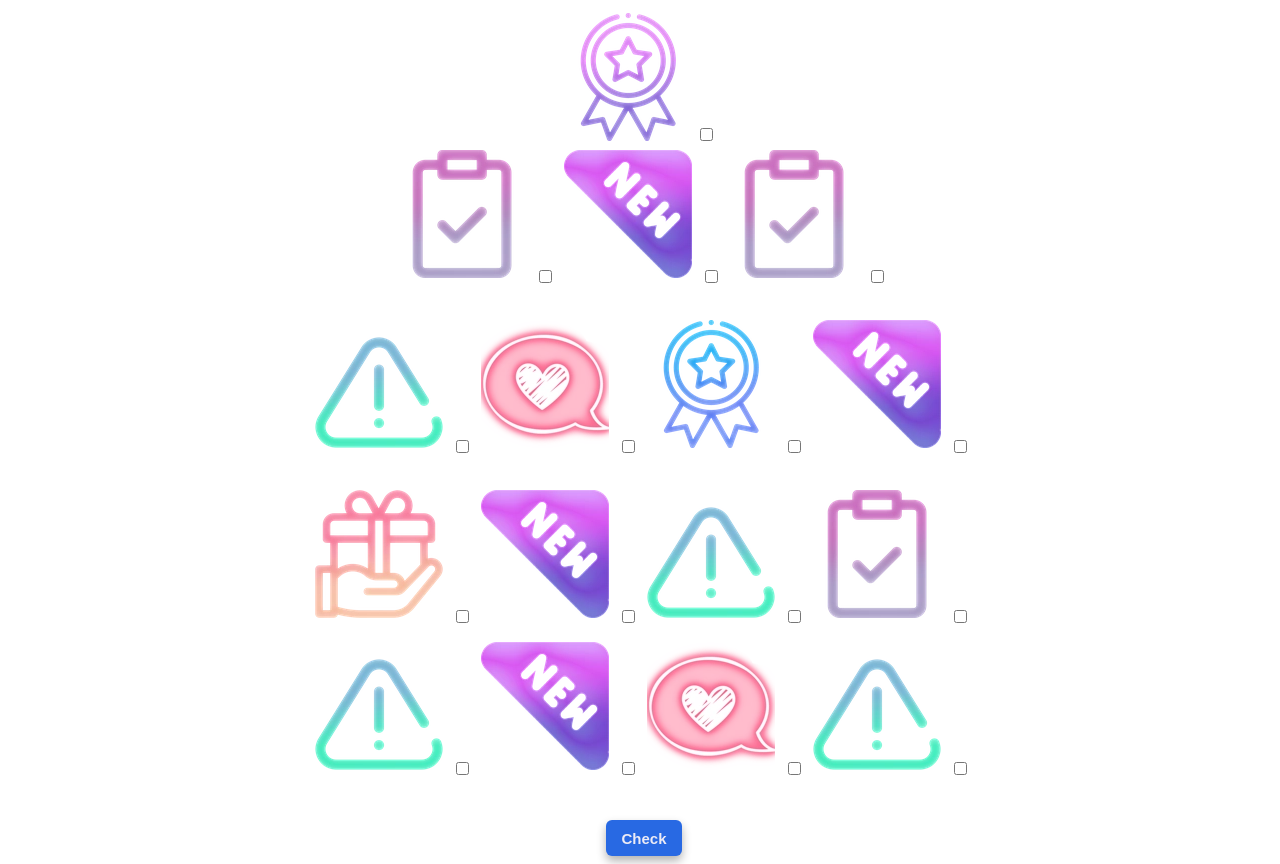
Repository: vichubenzene/-MWin_ui
Page: main.html
The author's editor kept a copy of each file at every save. The page is drawn from the files as they stood at one save, then again after the next save.
The browser window is 1280 px wide. The pictures show the whole page.

Above is the page before, as saved 2022-10-10 17:34:00.

### main.html
<!DOCTYPE html>
<html>

<head>
    <style>
        .column {
            float: center;
            padding: 5px;
        }
        /* Clear floats after image containers */

        .row::after {
            content: "";
            float: center;
            clear: both;
            display: table;
        }

        .server-button {
            background-color: rgb(40, 105, 227);
            color: rgb(236, 235, 246);
            border: none;
            height: 36px;
            margin-left: 8px;
            border-radius: 6px;
            font-weight: bold;
            font-size: 15px;
            cursor: pointer;
            padding-left: 15px;
            padding-right: 15px;
            text-align: center;
            box-shadow: 0px 5px 10px rgba(0, 0, 0, 0.3)
        }

        .server-button:hover {
            box-shadow: 0px 10px 15px rgba(0, 0, 0, 0.35)
        }
    </style>
</head>

<body>
    <div class="row" style=" text-align: center">
        <div class="column" style=" text-align: center">
            <div>
                <img src="images/834538140450160661.png" id="i1" alt="Snow" onclick="image('myCheckbox1')">
                <input type="checkbox" id="myCheckbox1" />
            </div>
            <img src="images/834541394987057242.png" id="i2" alt="Snow" onclick="image('myCheckbox2')" style="padding: 5px">
            <input type="checkbox" id="myCheckbox2" />
            <img src="images/834535415628562442 (1).png" id="i3" alt="Snow" onclick="image('myCheckbox3')" style=" padding: 5px">
            <input type="checkbox" id="myCheckbox3" />
            <img src="images/834541394987057242.png" id="i10" alt="Snow" onclick="image('myCheckbox10')" style="padding: 5px">
            <input type="checkbox" id="myCheckbox10" />
        </div>
    </div>
    <br>
    <div class="row" style=" text-align: center">
        <div class="column" style=" text-align: center">
            <img src="images/834541395074613248.png" id="i4" alt="Snow" onclick="image('myCheckbox4')" onclick="image('c5')" style="padding: 5px">
            <input type="checkbox" id="myCheckbox4" />
            <img src="images/881778101003120652 (1).png" id="i5" alt="Snow" onclick="image('myCheckbox5')" style="padding: 5px">
            <input type="checkbox" id="myCheckbox5" />
            <img src="images/834541395930251336.png" id="i6" alt="Snow" onclick="image('myCheckbox6')" style="padding: 5px">
            <input type="checkbox" id="myCheckbox6" />
            <img src="images/834535415628562442 (1).png" id="i11" alt="Snow" onclick="image('myCheckbox11')" style="padding: 5px">
            <input type="checkbox" id="myCheckbox11" />

        </div>
    </div>
    <br>
    <div class="row" style=" text-align: center">
        <div class="column" style=" text-align: center">
            <img src="images/834541395749371916.png" id="i7" alt="Snow" onclick="image('myCheckbox7')" style="padding: 5px">
            <input type="checkbox" id="myCheckbox7" />
            <img src="images/834535415628562442 (1).png" id="i8" alt="Snow" onclick="image('myCheckbox8')" style="padding: 5px">
            <input type="checkbox" id="myCheckbox8" />
            <img src="images/834541395074613248.png" id="i9" alt="Snow" onclick="image('myCheckbox9')" style="padding: 5px">
            <input type="checkbox" id="myCheckbox9" />
            <img src="images/834541394987057242.png" id="i12" alt="Snow" onclick="image('myCheckbox12')" style="padding: 5px">
            <input type="checkbox" id="myCheckbox12" />
        </div>
    </div>
    <div class="row" style=" text-align: center">
        <div class="column" style=" text-align: center">
            <img src="images/834541395074613248.png" id="i13" alt="Snow" onclick="image('myCheckbox13')" style="padding: 5px">
            <input type="checkbox" id="myCheckbox13" />
            <img src="images/834535415628562442 (1).png" id="i14" alt="Snow" onclick="image('myCheckbox14')" style="padding: 5px">
            <input type="checkbox" id="myCheckbox14" />
            <img src="images/881778101003120652 (1).png" id="i15" alt="Snow" onclick="image('myCheckbox15')" style="padding: 5px">
            <input type="checkbox" id="myCheckbox15" />
            <img src="images/834541395074613248.png" id="i16" alt="Snow" onclick="image('myCheckbox16')" style="padding: 5px">
            <input type="checkbox" id="myCheckbox16" />
        </div>
    </div>
    <br>
    <br>
    <div style="text-align: center;">
        <button onclick="check()" class="server-button">Check</button>

    </div>
    <script>
        async function image(val) {
            var c1 = document.getElementById(val);
            c1.checked = true
        }
        async function check() {
            var i1 = document.getElementById('i1');
            var i2 = document.getElementById('i2');
            var i3 = document.getElementById('i3');
            var i4 = document.getElementById('i4');
            var i5 = document.getElementById('i5');
            var i6 = document.getElementById('i6');
            var i7 = document.getElementById('i7');
            var i8 = document.getElementById('i8');
            var i9 = document.getElementById('i9');
            var i10 = document.getElementById('i10');
            var i11 = document.getElementById('i11');
            var i12 = document.getElementById('i12');
            var i13 = document.getElementById('i13');
            var i14 = document.getElementById('i14');
            var i15 = document.getElementById('i15');
            var i16 = document.getElementById('i16');
            var c1 = document.getElementById('myCheckbox1');
            var c2 = document.getElementById('myCheckbox2');
            var c3 = document.getElementById('myCheckbox3');
            var c4 = document.getElementById('myCheckbox4');
            var c5 = document.getElementById('myCheckbox5');
            var c6 = document.getElementById('myCheckbox6');
            var c7 = document.getElementById('myCheckbox7');
            var c8 = document.getElementById('myCheckbox8');
            var c9 = document.getElementById('myCheckbox9');
            var c10 = document.getElementById('myCheckbox10');
            var c11 = document.getElementById('myCheckbox11');
            var c12 = document.getElementById('myCheckbox12');
            var c13 = document.getElementById('myCheckbox13');
            var c14 = document.getElementById('myCheckbox14');
            var c15 = document.getElementById('myCheckbox15');
            var c16 = document.getElementById('myCheckbox16');
            const items = ["images/881778101003120652 (1).png", "images/834535415628562442 (1).png", "images/834538140450160661.png", "images/834541394987057242.png", "images/834541395074613248.png", "images/834541395749371916.png", "images/834541395930251336.png"];
            if (c1.checked) {
                i1.src = items[Math.floor(Math.random() * items.length)];
                c1.checked = false
            }
            if (c2.checked) {
                i2.src = items[Math.floor(Math.random() * items.length)];
                c2.checked = false
            }
            if (c3.checked) {
                i3.src = items[Math.floor(Math.random() * items.length)];
                c3.checked = false
            }
            if (c4.checked) {
                i4.src = items[Math.floor(Math.random() * items.length)];
                c4.checked = false
            }
            if (c5.checked) {
                i5.src = items[Math.floor(Math.random() * items.length)];
                c5.checked = false
            }
            if (c6.checked) {
                i6.src = items[Math.floor(Math.random() * items.length)];
                c6.checked = false
            }
            if (c7.checked) {
                i7.src = items[Math.floor(Math.random() * items.length)];
                c7.checked = false
            }
            if (c8.checked) {
                i8.src = items[Math.floor(Math.random() * items.length)];
                c8.checked = false
            }
            if (c9.checked) {
                i9.src = items[Math.floor(Math.random() * items.length)];
                c9.checked = false
            }
            if (c10.checked) {
                i10.src = items[Math.floor(Math.random() * items.length)];
                c10.checked = false
            }
            if (c11.checked) {
                i11.src = items[Math.floor(Math.random() * items.length)];
                c11.checked = false
            }
            if (c12.checked) {
                i12.src = items[Math.floor(Math.random() * items.length)];
                c12.checked = false
            }
            if (c13.checked) {
                i13.src = items[Math.floor(Math.random() * items.length)];
                c13.checked = false
            }
            if (c14.checked) {
                i14.src = items[Math.floor(Math.random() * items.length)];
                c14.checked = false
            }
            if (c15.checked) {
                i15.src = items[Math.floor(Math.random() * items.length)];
                c15.checked = false
            }
            if (c16.checked) {
                i16.src = items[Math.floor(Math.random() * items.length)];
                c16.checked = false
            }

        }
    </script>
</body>

</html>

After the next save:
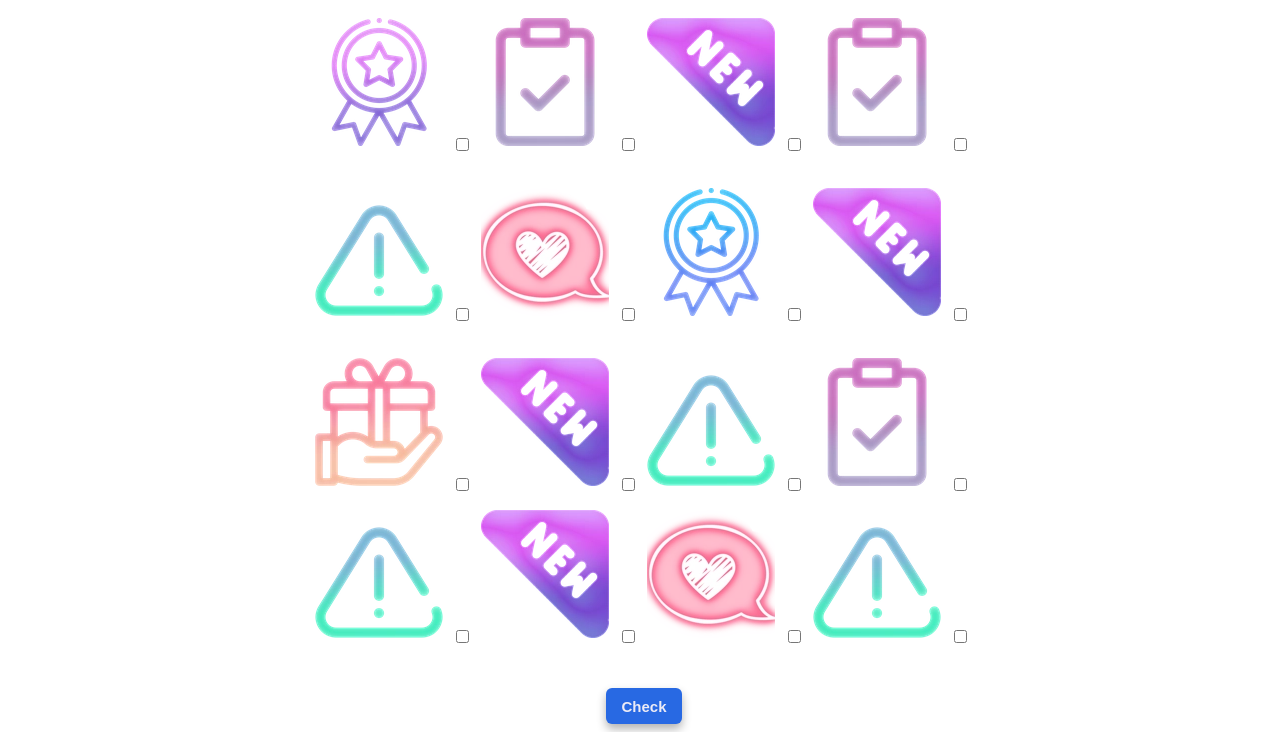
Saved 29 s later.
--- a/main.html
+++ b/main.html
@@ -6,6 +6,8 @@
         .column {
             float: center;
             padding: 5px;
+            min-width: "10vh";
+            min-height: "10vh";
         }
         /* Clear floats after image containers */
 
@@ -41,10 +43,9 @@
 <body>
     <div class="row" style=" text-align: center">
         <div class="column" style=" text-align: center">
-            <div>
-                <img src="images/834538140450160661.png" id="i1" alt="Snow" onclick="image('myCheckbox1')">
-                <input type="checkbox" id="myCheckbox1" />
-            </div>
+
+            <img src="images/834538140450160661.png" id="i1" alt="Snow" onclick="image('myCheckbox1')" style="padding: 5px">
+            <input type="checkbox" id="myCheckbox1" />
             <img src="images/834541394987057242.png" id="i2" alt="Snow" onclick="image('myCheckbox2')" style="padding: 5px">
             <input type="checkbox" id="myCheckbox2" />
             <img src="images/834535415628562442 (1).png" id="i3" alt="Snow" onclick="image('myCheckbox3')" style=" padding: 5px">
